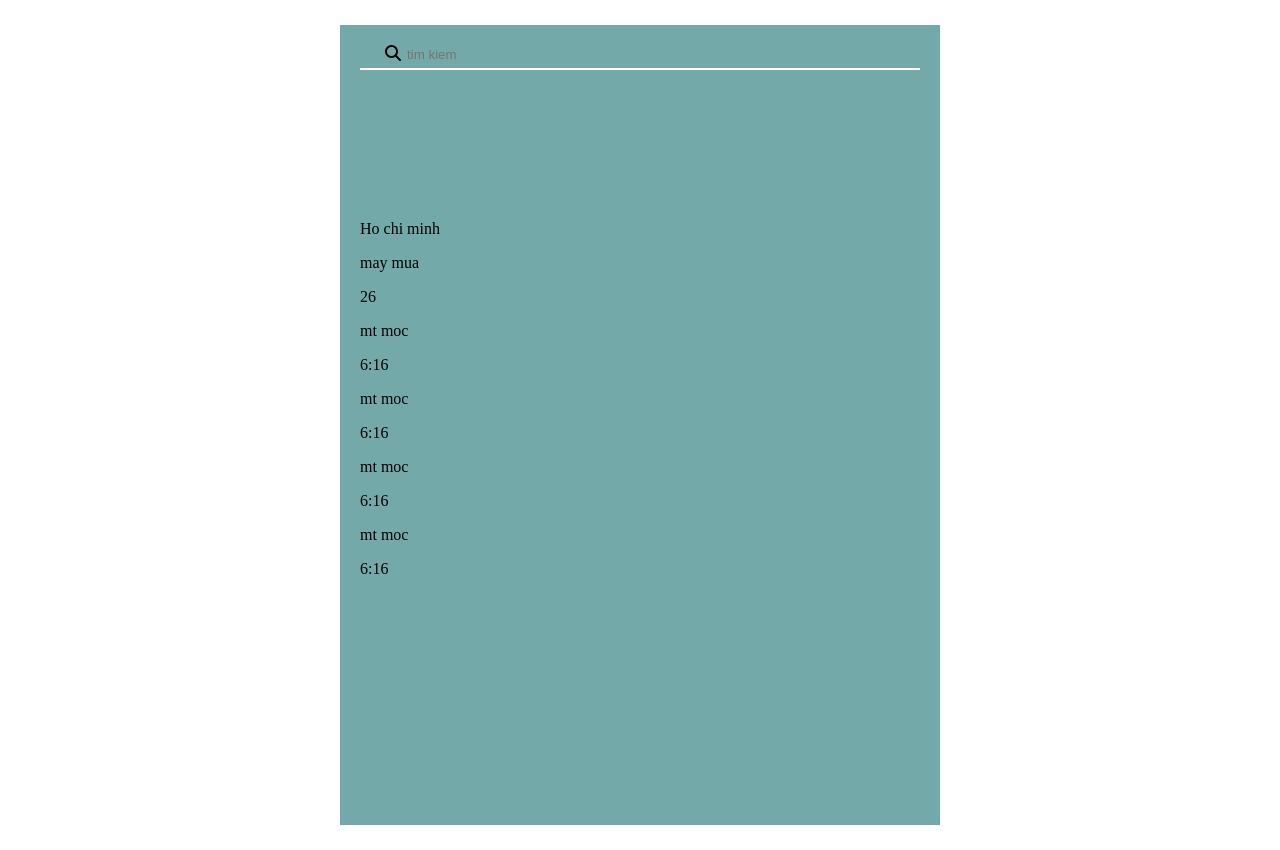
Repository: tienbkvn0605/weatherApp
Page: index.html
These files come from the project's save history. The page is drawn as it stood at one moment and after the next save; the edit follows.
The browser window is 1280 px wide. The pictures show the whole page.

Above is the page before, as saved 2022-10-05 16:47:18.

After the next save:
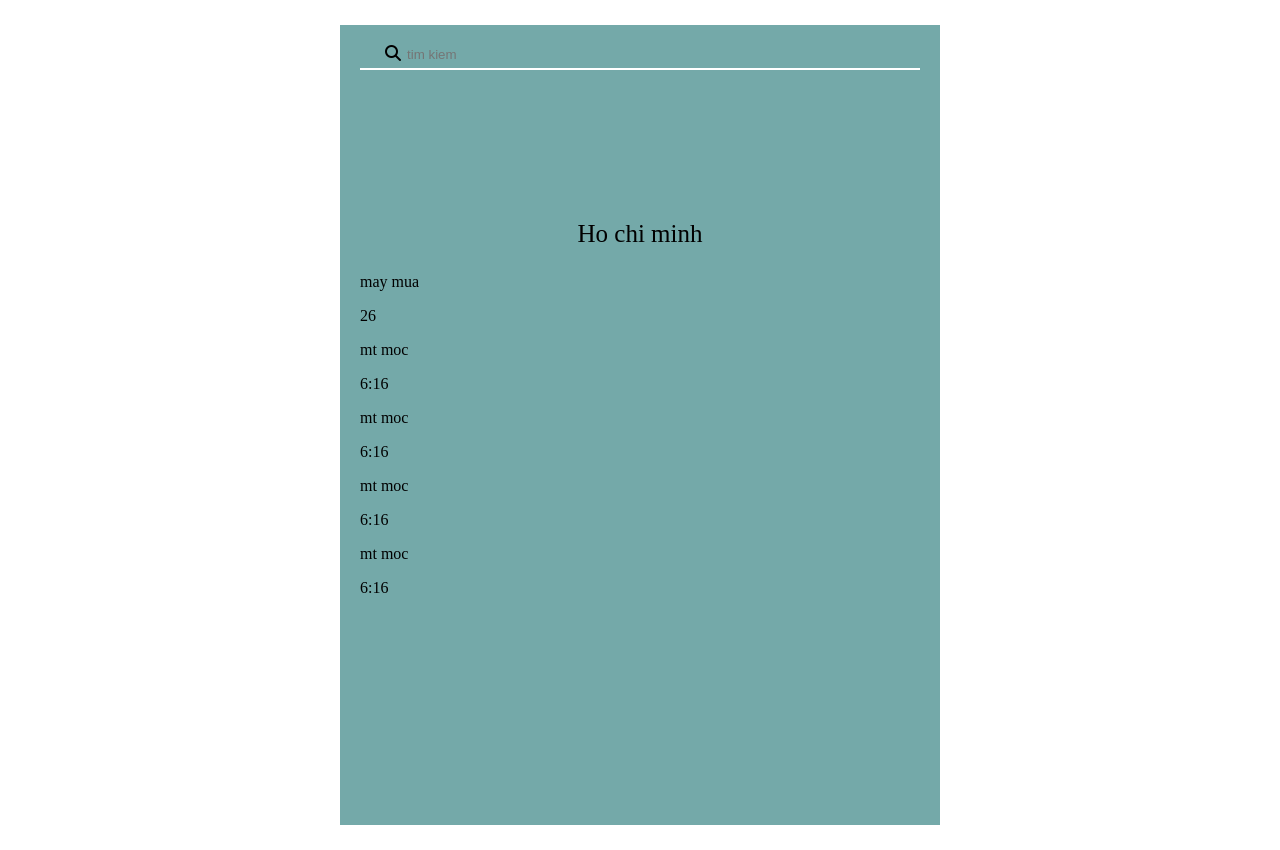
Saved 14 s later.
--- a/appstyle.css
+++ b/appstyle.css
@@ -24,3 +24,7 @@
   background-color: transparent;
   color: white;
 }
+.name-city {
+  text-align: center;
+  font-size: 25px;
+}
